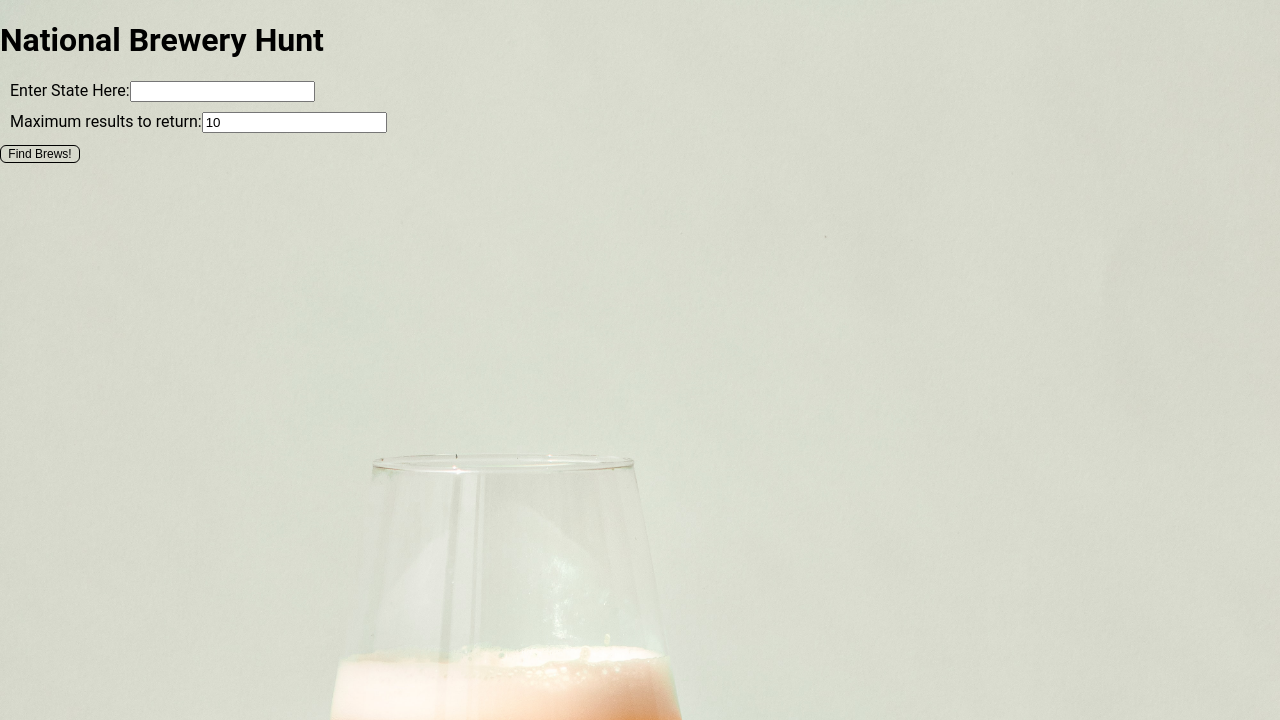
Repository: kaitlynMidori/searchBrews
Page: index.html
These files come from the project's save history. The page is drawn as it stood at one moment and after the next save; the edit follows.
The browser window is 1280 px wide. The pictures show the whole page.

Above is the page before, as saved 2021-01-08 13:56:57.

### index.html
<!DOCTYPE html>
<html lang="en">

<head>
    <meta charset="UTF-8" />
    <meta name="viewport" content="width=device-width, initial-scale=1.0" />
    <meta http-equiv="X-UA-Compatible" content="ie=edge" />
    <title>National Brewery Hunt</title>
    <link rel="stylesheet" href="style.css" />
</head>

<body>
    <div id="container">
        <h1>National Brewery Hunt</h1>

        <form id="search-form">
            <p>
                <label for="by_state">Enter State Here:</label>
                    <input type="text" name="by_state" id="by_state" required />
            </p>

            <p>
                <label for="max-results">Maximum results to return: </label>
                    <input type="number" name="max-results" id="max-results" value="10" />
            </p>

                <input type="submit" value="Find Brews!" class="submit" />
        </form>

        <p id="error-message"></p>
        <section id="results" class="hidden">
            <h2>Search results</h2>
            <ol id="results-list"></ol>
        </section>
    </div>
    <script src="https://code.jquery.com/jquery-3.3.1.js" integrity="sha256-2Kok7MbOyxpgUVvAk/HJ2jigOSYS2auK4Pfzbm7uH60=" crossorigin="anonymous"></script>
    <script src="app.js"></script>
</body>

</html>
<!-- This app doesn't follow a11y best practices, and the JS file is incomplete. Complete the getBreweries, displayResults, and watchSubmit functions. When you're done, this app should allow a user to search for a state, and display a list of breweries in that state. The list should include the brewery's name and a link to their website. You should make requests to this API: https://www.openbrewerydb.org/ . Make any necessary adjustments to make this app accessible. -->

### style.css

body {
    font-family: "Roboto", sans-serif;
    color: black;
    margin: 0;
    background: cover;
    background-image: url("screenshots/beer.jpg");
    background-repeat: repeat;
    background-size: cover;
    background-color: black;
}

.results-amount {
    border: 1px solid black;
    font-size: 12px;
    text-align: center;
}

.submit {
    border: 1px solid black;
}

.hidden {
    display: none;
}

.header {
    text-align: center;
    font-size: 50px;
}

.user-request-form {
    text-align: center;
    display: flex;
    flex-direction: column;
    width: auto;
    border: 1px solid black;
    padding: 30px;
    margin-left: 100px;
    margin-right: 100px;
    margin-bottom: 50px;
    border-radius: 8px;
}

legend {
    text-align: center;
}

p {
    margin: 10px;
    display: flex;
    width: auto;
    justify-content: left;
}

.results-amount {
    margin: auto;
    width: 50px;
    height: 25px;
    padding: 0px;
    text-align: center;
    margin-bottom: 10px;
    margin-top: 10px;
    border-radius: 6px;
}

.submit {
    background-color: transparent;
    width: 80px;
    height: 18px;
    margin: auto;
    border-radius: 6px;
    padding: 1px;
    font-size: 12px;
}



.submit:hover {
    cursor: pointer;
}

.results-amount:hover {
    cursor: text;
}


/*Results Styling*/

.results-display-container {
    margin: auto;
}

.single-result {
    border: 1px solid rgb(177, 175, 175);
    margin: auto;
    border-radius: 8px;
    box-shadow: -1px 2px rgb(209, 209, 209);
    padding: 15px;
    width: 1000px;
    margin-bottom: 15px;
}

### app.js
"use strict";

const searchURL = ("https://api.openbrewerydb.org/breweries");

 //format query params
function formatQueryParams(params) {
    //return object array with params
   const queryItems = Object.keys(params)
   //produce object map param string key
     .map(key => `${key}=${params[key]}`)
     //return array as string
   return queryItems.join('&');
 }

function displayResults(responseJson, maxResults) {

    // if there are previous results, remove them
    console.log(responseJson);
    $("#results-list").empty();

    // iterate through the data array
    // list brewery name, city, url
    for (let i = 0; i < responseJson.length; i++) {
    $("#results-list").append(`<li class="each-product-result">

    <h3 class="product-name">${responseJson[i].name}</h3>
    <p class="product-price">${responseJson[i].city}</p>
    <p>Brewery page: <a href=${responseJson[i].website_url}>${responseJson[i].website_url}</a></p><br>
    <br>
    </li>`
      )
  };
    //display the results section
    $("#results").removeClass("hidden");
}

//getBreweries function
function getBreweries(query, maxResults) {
    //set API paramaters
    const params = {
        by_state: query,
        per_page: maxResults,
    };
    //declare queryString as formatQueryParams
    const queryString = formatQueryParams(params);
    //declare url to bind user input string to searchUrl
    const url = searchURL + "?" + queryString;
    console.log(url);
    //initiate fetch request using pure promise to get JSON object
    fetch(url)
    //check for resolved promise
        .then((response) => {
            // if response = true
            if (response.ok) {
                //return response object
                return response.json();
            }
            //raise exception to reject promise error and trigger .catch
            throw new Error(response.statusText);
        })
        .then((responseJson) => displayResults(responseJson, maxResults))
        //Catch any errors and return message
        .catch((err) => {
            $("#error-message").text(`Something went wrong: ${err.message}`);
        });
}

function watchForm() {
    // Bind an event handler to the “submit” JavaScript event
    $("form").submit((event) => {
        // If this method is called, the default action of the event will not be triggered.
        event.preventDefault();
        let by_state = $("#by_state").val();
	// by_state = by_state.replace(/\s/g, '');
        const maxResults = $("#max-results").val();
        getBreweries(by_state, maxResults);
    });
}

//call jQuery to pass in callback function when page loads
$(watchForm);

After the next save:
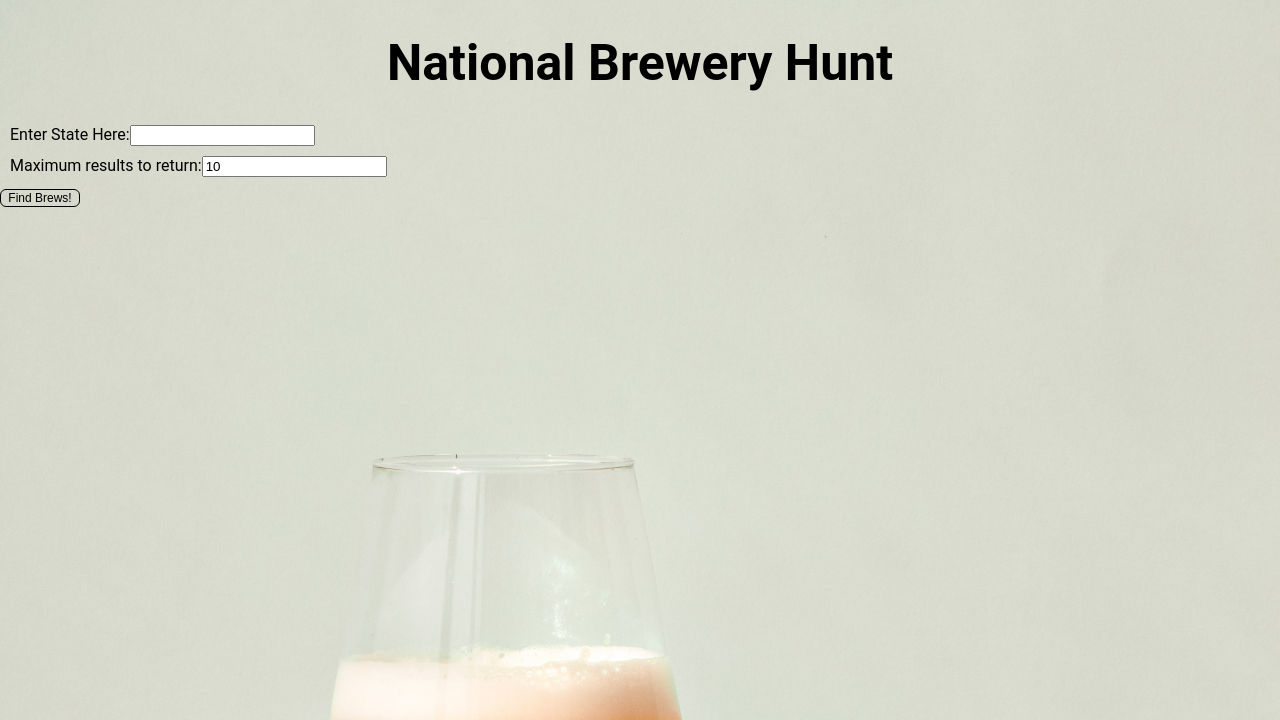
Saved 10 s later.
--- a/style.css
+++ b/style.css
@@ -24,7 +24,7 @@ body {
     display: none;
 }
 
-.header {
+h1  {
     text-align: center;
     font-size: 50px;
 }
